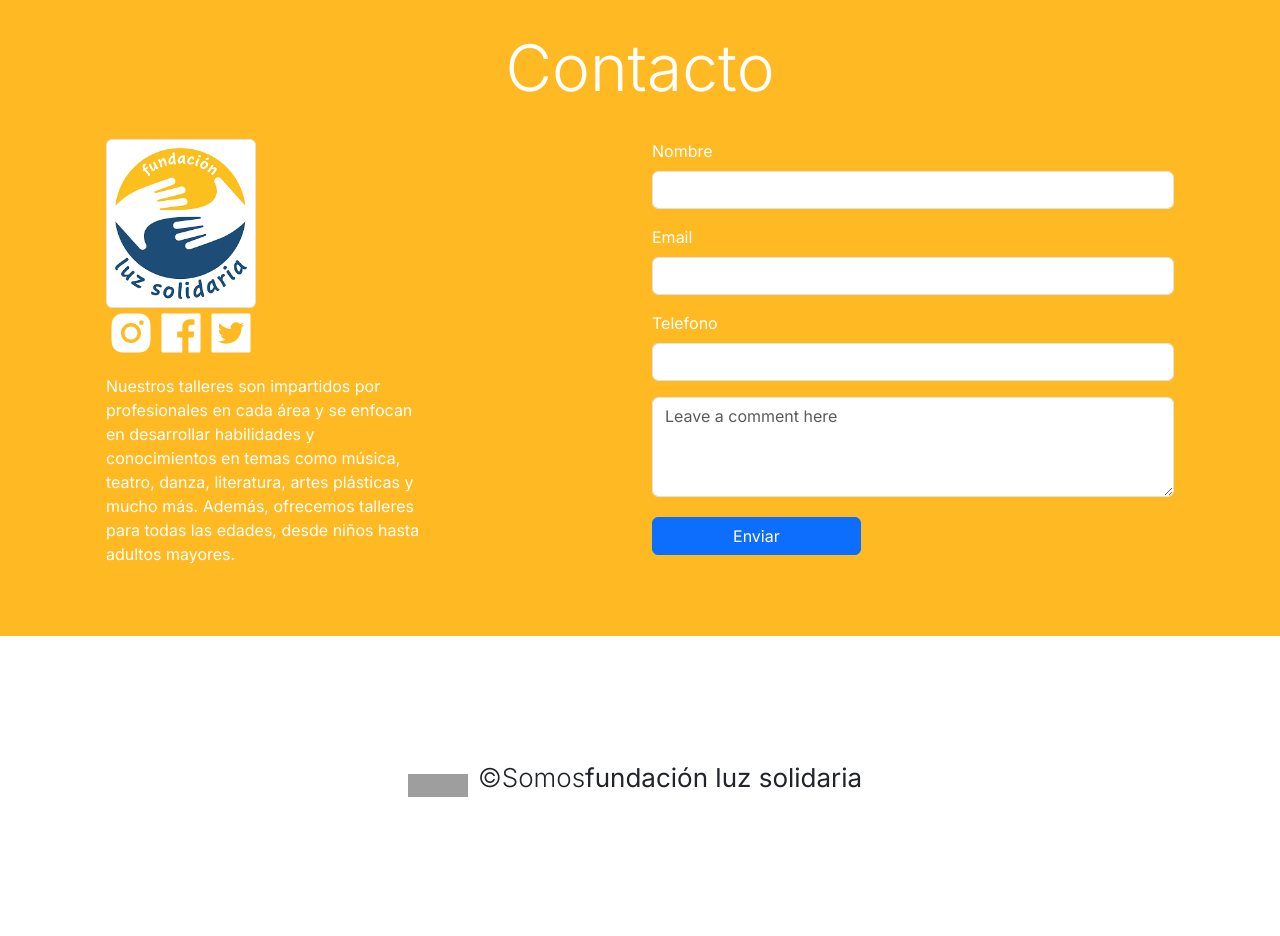
Repository: JtoralesK/dwf11
Page: /
An editor plug-in stored every save of this project. The page is shown before and after the next save, followed by the edit.
The browser window is 1280 px wide. The pictures show the whole page.
Pictures or frames that could not be fetched are drawn as grey boxes. The project was rebuilt for these pictures with package versions that can differ from the ones it lists, and the page was loaded fresh each time. The framework's server and built-in components were replaced by stand-ins that run in the browser. Also part of the build but not shown: next.config.js.

Above is the page before, as saved 2023-05-31 19:10:55.

### src/app/layout.tsx
import './globals.css'
import { Inter } from 'next/font/google'

const inter = Inter({ subsets: ['latin'] })

export const metadata = {
  title: 'Create Next App',
  description: 'Generated by create next app',
}

export default function RootLayout({
  children,
}: {
  children: React.ReactNode
}) {
  return (
    <html lang="en">

      <body className={inter.className}>{children}</body>
    </html>
  )
}

### src/app/page.tsx
import Image from "next/image";
import styles from "./page.module.css";
import { Contacto } from "./components/contacto";
import { Footer } from "./components/footer";
export default function Home() {
  return (
    <>
      <Contacto />
      <Footer/>
    </>
  );
}

### src/app/components/contacto/index.tsx
import "bootstrap/dist/css/bootstrap.min.css";
import { SectionInputs } from "./sectionInput";
import { FaBeer } from "react-icons/fa";
import {
  AiFillInstagram,
  AiFillFacebook,
  AiFillTwitterSquare,
} from "react-icons/ai";

export function Contacto() {
  return (
    <>
      <div
        style={{
          backgroundColor: "#ffb923",
          color: "white",
          padding: "30px",
        }}
      >
        <div className="container-sm text-center ">
          <h1 className="font-weight-bold display-3">Contacto</h1>
          <div className="row p-lg-4">
            <div className="col-sm-16 col-md-6 text-center ">
              <div className=" d-md-flex flex-column d-none">
                <img
                  src="data:[embedded picture, 9291 characters]
            BU5I/166HRl7DM0JHd93otkupwE9wh+8Q4HuTkd/vz/99LosEf7UOF1LGvesnj8LX1fZVn3s7jZfh5drVp8XZWG/h8zs0VCdp8KmQAAAABJRU5ErkJggg=="
                  className="img-thumbnail rounded float-start p-2"
                  style={{ width: "150px" }}
                  alt="..."
                ></img>
                <div
                  className="d-flex flex-row mb-3 justify-content-around "
                  style={{ width: "150px" }}
                >
                  <AiFillInstagram size={"50px"} />
                  <AiFillFacebook size={"50px"} />
                  <AiFillTwitterSquare size={"50px"} />
                </div>
                <div style={{ width: "60%" }}>
                  <p className="text-start">
                    Nuestros talleres son impartidos por profesionales en cada
                    área y se enfocan en desarrollar habilidades y conocimientos
                    en temas como música, teatro, danza, literatura, artes
                    plásticas y mucho más. Además, ofrecemos talleres para todas
                    las edades, desde niños hasta adultos mayores.
                  </p>
                </div>
              </div>
            </div>
            <div className="col-sm-16 col-md-6 text-center ">
              <SectionInputs />
            </div>
          </div>
        </div>
      </div>
    </>
  );
}

### src/app/components/footer/index.tsx
import React from 'react'
import "./style.css";

export const Footer = () => {
  return (
    <footer className="footer">
    <div className="contenedor-footer">
        <div className="redes-sociales">
            <img src={"/image/facebook.png"} className="link-redes_sociales" ></img>
            <img src={"/image/instagram.png"} className="link-redes_sociales" ></img>

        </div>
        <div className="footer-text">
            <p className="title-copy">  &copy;Somos<strong>fundación luz solidaria</strong></p>
        </div>
    </div>
  </footer>
  )
}

### src/app/components/contacto/sectionInput.tsx
import "bootstrap/dist/css/bootstrap.min.css";

export function SectionInputs() {
  const style = {
    margin: "20px 0",
    width: "40%",
    "@media (min-width: 768px)": {
      width: "40%",
    },
  } as React.CSSProperties;
  return (
    <>
      <form className="d-flex flex-column text-start" style={{ width: "100%" }}>
        <div className="mb-3">
          <label className="form-label">
            <p style={{ margin: "0" }}>Nombre</p>
          </label>
          <input
            type="text"
            className="form-control"
            id="exampleInputEmail1"
            aria-describedby="emailHelp"
          />
        </div>
        <div className="mb-3">
          <label className="form-label">
            <p style={{ margin: "0" }}>Email</p>
          </label>
          <input
            type="email"
            className="form-control"
            id="exampleInputPassword1"
          />
        </div>
        <div className="mb-3">
          <label className="form-label">
            <p style={{ margin: "0" }}>Telefono</p>
          </label>
          <input
            type="email"
            className="form-control"
            id="exampleInputPassword1"
          />
        </div>
        <textarea
          className="form-control"
          style={{ height: "100px" }}
          placeholder="Leave a comment here"
          id="floatingTextarea"
        ></textarea>
        <button
          style={style}
          type="submit"
          className="btn btn-primary w-md-auto"
        >
          Enviar
        </button>
      </form>
    </>
  );
}

### src/app/components/footer/style.css
.footer{
    height: 300px;
    display: flex;
    line-height: 7px;
    text-align: center;
    font-size: 22px;
    background-color: #fff;
}

.contenedor-footer {
    display: flex;
    justify-content:center;
    align-items: center;
    margin: 10px auto;

}
.footer-text{
    display: flex;
    justify-content: center;
    align-items: center;
    padding: 10px;
    margin: 0;
}
.redes-sociales{

}
.title-copy {
    text-align: center;
    font-size: 26px;
    font-weight: 300;
}
.link-redes_sociales{
    width: 30px;
}

Loaded but not shown: src/app/globals.css (common file)

After the next save:
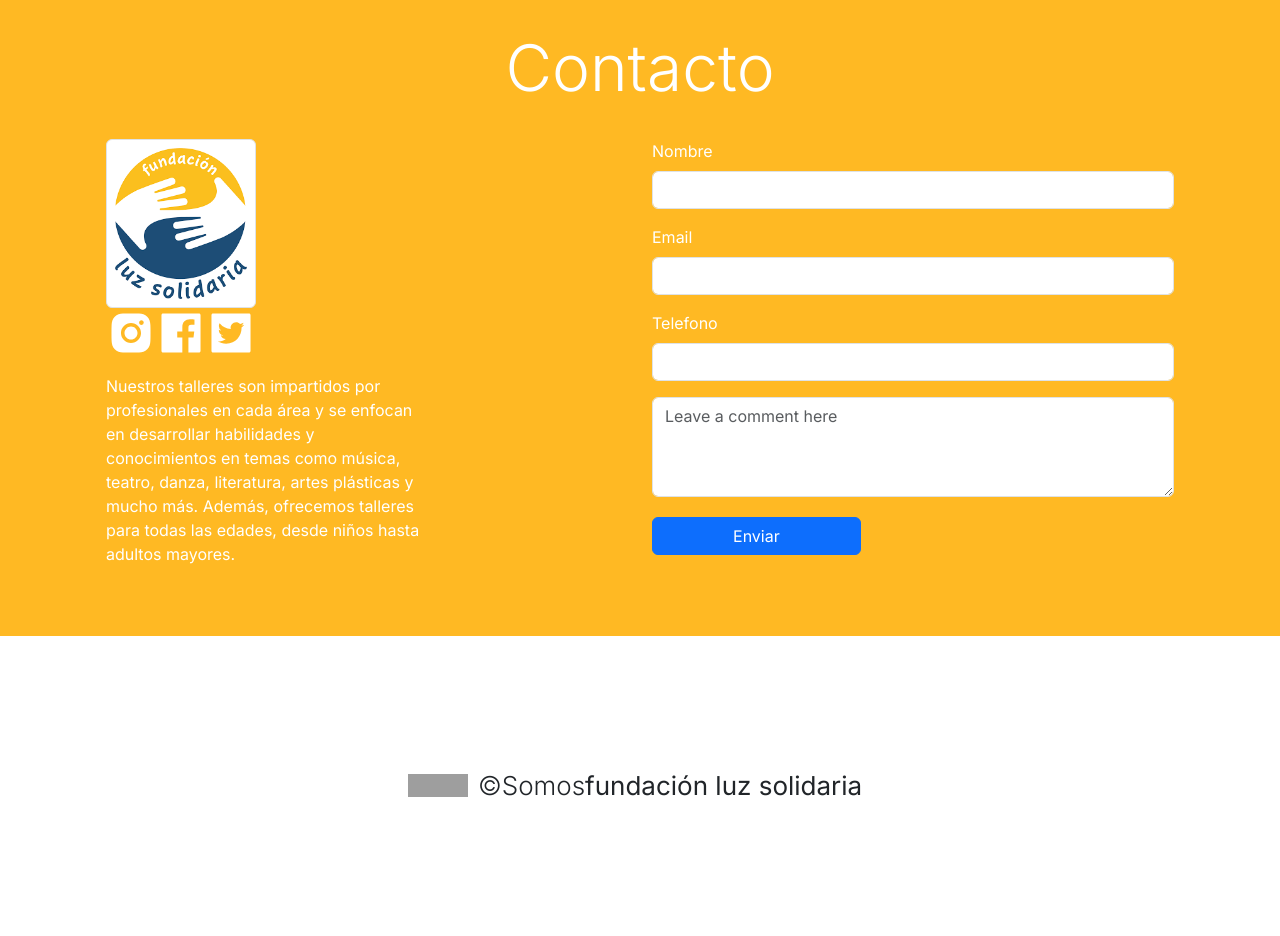
Saved 13 s later.
--- a/src/app/components/footer/style.css
+++ b/src/app/components/footer/style.css
@@ -28,6 +28,7 @@
     text-align: center;
     font-size: 26px;
     font-weight: 300;
+    margin: 0;
 }
 .link-redes_sociales{
     width: 30px;
